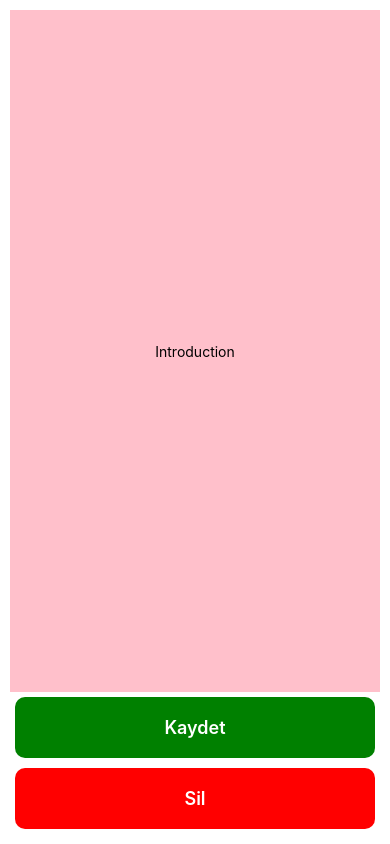
Repository: Kubraaygun/ReactNativeMVVM
Screen: /
These files come from the project's save history. The screen is drawn as it stood at one moment and after the next save; the edit follows.
The app was drawn by React Native's web renderer in a window 390 px wide. The project was rebuilt for these pictures with package versions that can differ from the ones it lists, and the page was loaded fresh each time.

Above is the screen before, as saved 2024-12-12 01:22:36.

### App.jsx
//import liraries
import React, {Component} from 'react';
import {View, Text, StyleSheet} from 'react-native';
import Home from './src/screens/home';

// create a component
const App = () => {
  return <Home />;
};

export default App;

### src/screens/home/index.jsx
//import liraries
import React, {Component} from 'react';
import {View, Text, StyleSheet, SafeAreaView, Alert} from 'react-native';
import Button from '../../components/ui/button';
import Introduction from '../../components/home/introduction';

// create a component
const Home = () => {
  return (
    <SafeAreaView style={styles.container}>
      <View style={styles.screen}>
        <Introduction />
        <Button
          status="success"
          onPress={() => Alert.alert('merhaba')}
          title="Kaydet"
        />
        <Button onPress={() => Alert.alert('merhaba')} title="Sil" />
      </View>
    </SafeAreaView>
  );
};

// define your styles
const styles = StyleSheet.create({
  container: {
    flex: 1,
    backgroundColor: '#fff',
    padding: 10,
  },
  screen: {
    padding: 10,
    flex: 1,
  },
});

//make this component available to the app
export default Home;

### src/components/ui/button.jsx
//import liraries
import React, {Component} from 'react';
import {View, Text, StyleSheet, TouchableOpacity, Alert} from 'react-native';

// create a component
const Button = props => {
  const {title, status} = props;
  return (
    <TouchableOpacity
      {...props}
      style={[
        styles.container,
        status == 'success' ? styles.success : styles.error,
      ]}>
      <Text style={styles.title}>{title}</Text>
    </TouchableOpacity>
  );
};

// define your styles
const styles = StyleSheet.create({
  container: {
    justifyContent: 'center',
    alignItems: 'center',
    backgroundColor: 'purple',
    padding: 20,
    borderRadius: 10,
    margin: 5,
  },

  success: {
    backgroundColor: 'green',
  },
  error: {
    backgroundColor: 'red',
  },

  title: {
    color: 'white',
    fontWeight: '600',
    fontSize: 18,
  },
});

//make this component available to the app
export default Button;

### src/components/home/introduction.jsx
//import liraries
import React, {Component} from 'react';
import {View, Text, StyleSheet} from 'react-native';

// create a component
const Introduction = () => {
  return (
    <View style={styles.container}>
      <Text>Introduction</Text>
    </View>
  );
};

// define your styles
const styles = StyleSheet.create({
  container: {
    flex: 1,
    justifyContent: 'center',
    alignItems: 'center',
    backgroundColor: 'pink',
  },
});

//make this component available to the app
export default Introduction;

After the next save:
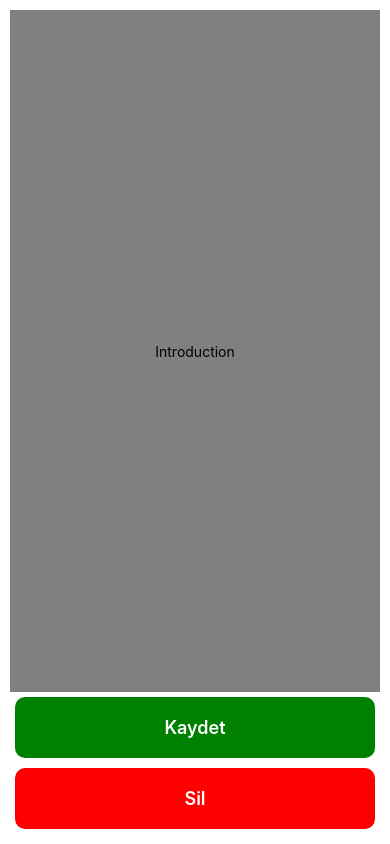
Saved 10 s later.
--- a/src/components/home/introduction.jsx
+++ b/src/components/home/introduction.jsx
@@ -17,7 +17,7 @@ const styles = StyleSheet.create({
     flex: 1,
     justifyContent: 'center',
     alignItems: 'center',
-    backgroundColor: 'pink',
+    backgroundColor: 'gray',
   },
 });
 
